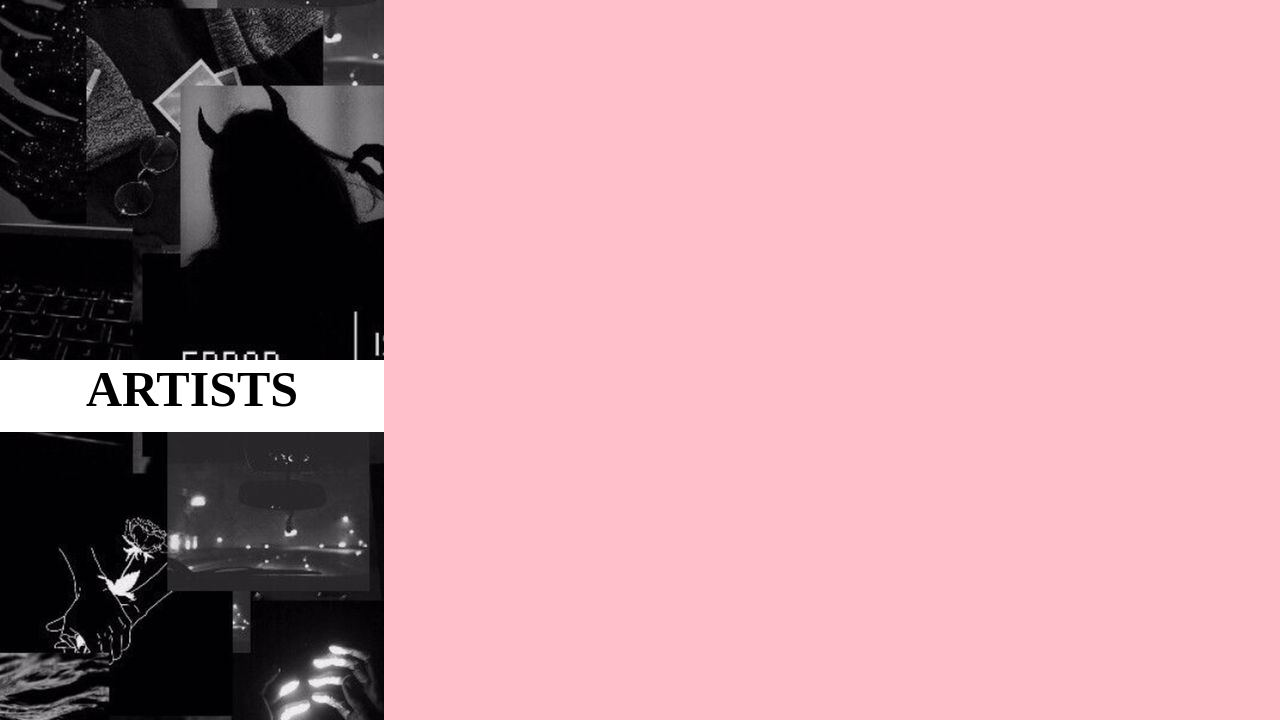
Repository: prathyushaa5/artgallery
Page: index/artists.html
An editor plug-in stored every save of this project. The page is shown before and after the next save, followed by the edit.
The browser window is 1280 px wide. The pictures show the whole page.

Above is the page before, as saved 2023-11-20 21:52:44.

After the next save:
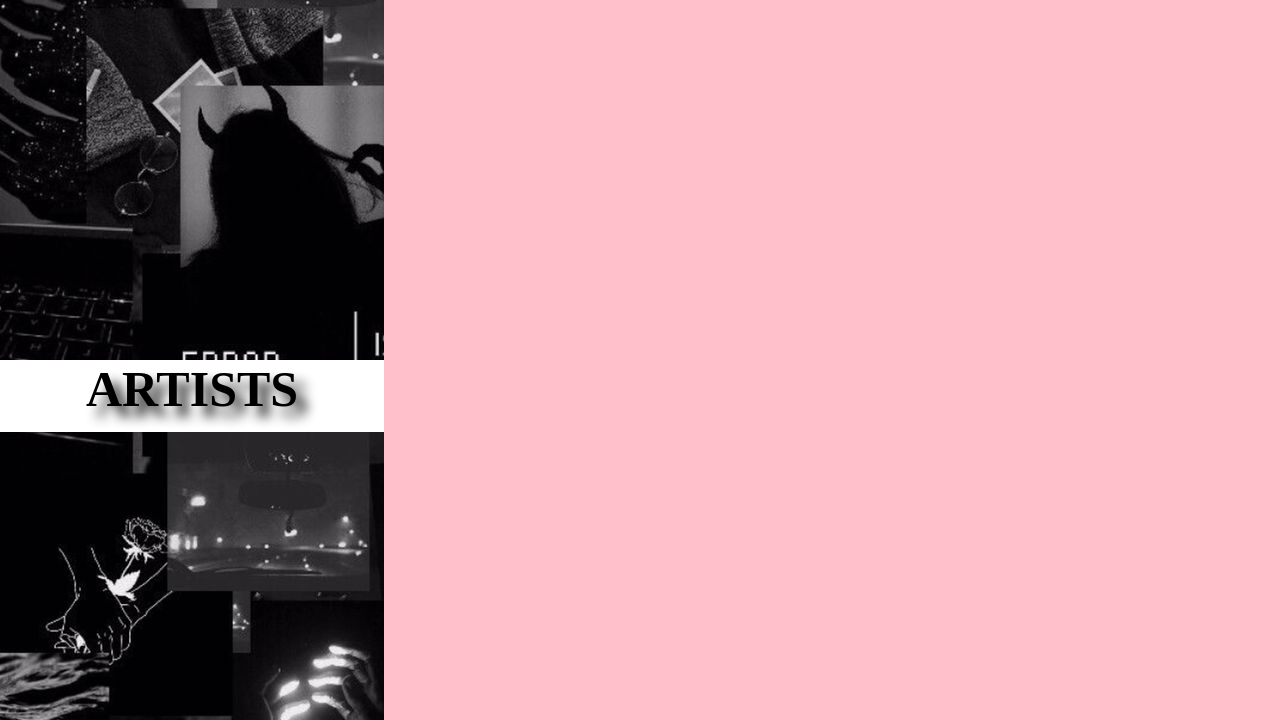
Saved 2 min 7 s later.
--- a/index/artists.html
+++ b/index/artists.html
@@ -36,6 +36,7 @@ body{
     font-size:50px;
     text-align:center;
     font-weight:bolder;
+    text-shadow:10px 10px 12px #111111;
 }
 </style>
 <body>
